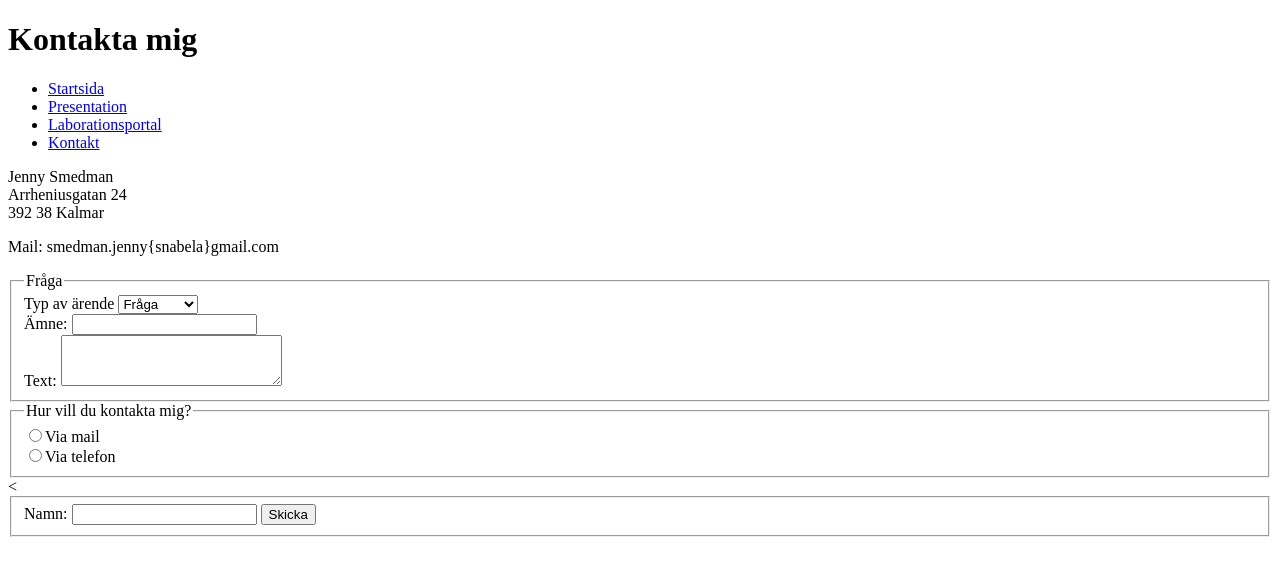
Repository: js223mx/1ik415-js223mx-laborationer
Page: pages/kontakt.html
The author's editor kept a record of every edit. The page is drawn from the files as they stood at one moment, then again after the next edit.
The browser window is 1280 px wide. The pictures show the whole page.

Above is the page before.

After the next edit:
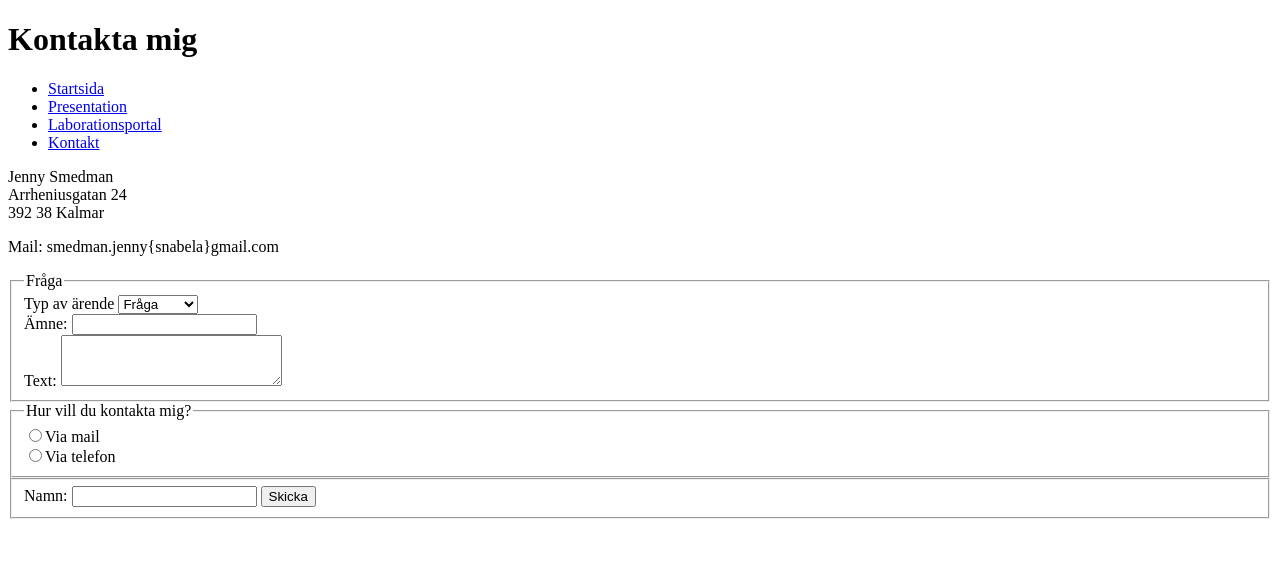
The edit:
--- a/pages/kontakt.html
+++ b/pages/kontakt.html
@@ -43,7 +43,7 @@
                         <input type="radio" name="kontakttyp" value="Via mail">Via mail<br>
                         <input type="radio" name="kontakttyp" value="Via telefon">Via telefon
                     </fieldset>
-                       <<fieldset>
+                       <fieldset>
                            Namn: <input type="text" name="user">
                       <input type="submit" value="Skicka">
                        </fieldset>
